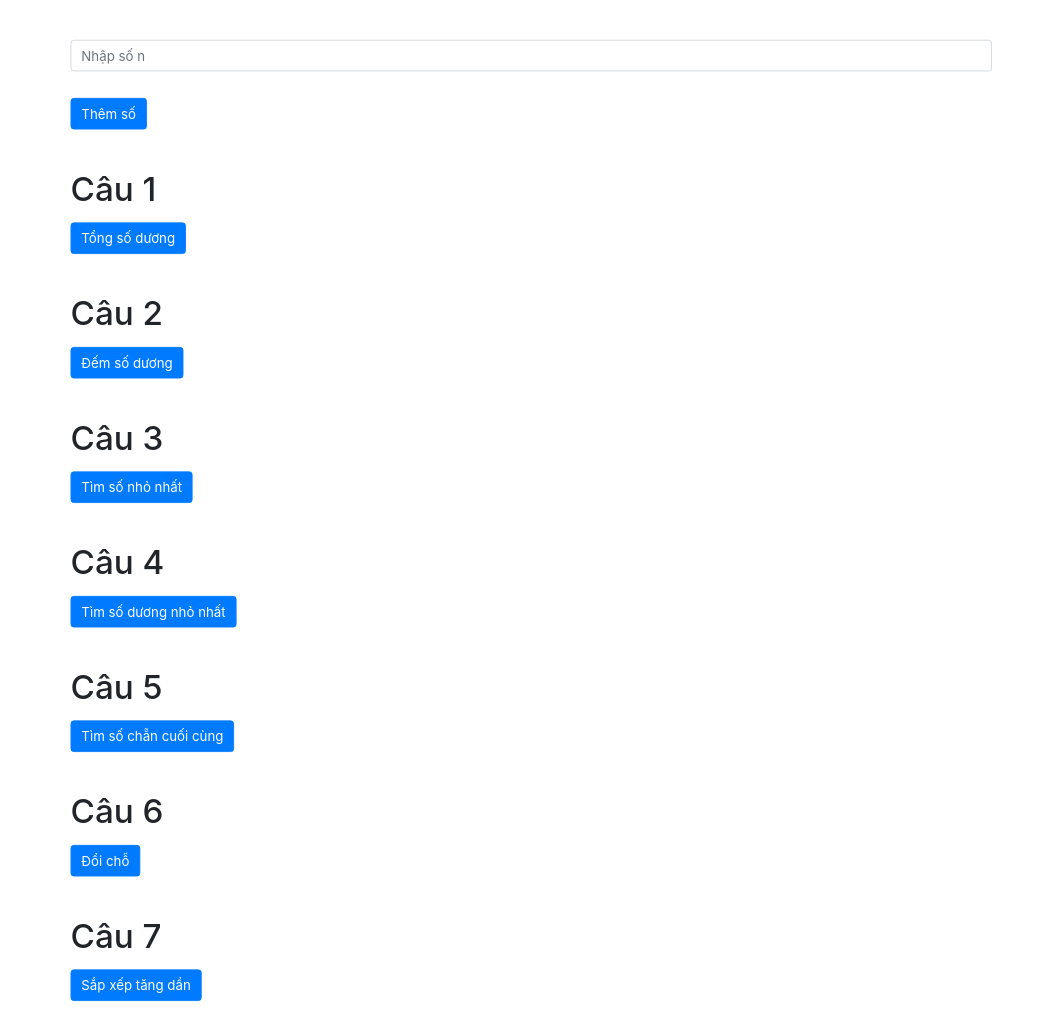
Repository: thanhfrankie/BC10-LeMinhThanh-Js-b7-8
Page: index.html
The author's editor kept a copy of each file at every save. The page is drawn from the files as they stood at one save, then again after the next save.
The browser window is 1280 px wide. The pictures show the whole page, at 83% of full size.

Above is the page before, as saved 2023-12-27 23:03:56.

### index.html
<!doctype html>
<html lang="en">
  <head>
    <title>Title</title>
    <!-- Required meta tags -->
    <meta charset="utf-8">
    <meta name="viewport" content="width=device-width, initial-scale=1, shrink-to-fit=no">

    <!-- Bootstrap CSS -->
    <link rel="stylesheet" href="https://cdn.jsdelivr.net/npm/bootstrap@4.6.2/dist/css/bootstrap.min.css" integrity="sha384-xOolHFLEh07PJGoPkLv1IbcEPTNtaed2xpHsD9ESMhqIYd0nLMwNLD69Npy4HI+N" crossorigin="anonymous">

  </head>
  <body>
    <div class="container mt-4">
        <div class="form-group">
            <label for="nhap-so-n"></label>
            <input
              type="number"
              class="form-control"
              name=""
              id="nhap-so-n"
              aria-describedby="helpId"
              placeholder="Nhập số n"
              required
            />
          </div>
        <button
        type="button"
        onclick="themSo()"
        class="btn btn-primary mt-3"
        id="ket-qua-tuyen-sinh"
      >
        Thêm số
      </button>
      <!-- Câu 1 -->
      <h1 class="mt-5">Câu 1</h1>
        <p class="mt-3">
            <button class="btn btn-primary" type="button" data-toggle="collapse" data-target="#cau1" aria-expanded="false"
                    aria-controls="contentId">
                Tổng số dương
            </button>
          </p>
          <div class="collapse" id="cau1">

            <div class="btn btn-danger" onclick="tinhTong()">Tính tổng</div>
            <h2 id="tong-so-duong"></h2>
          </div>
          <!-- Câu 2 -->
          <h1 class="mt-5">Câu 2</h1>
          <p class="mt-3">
              <button class="btn btn-primary" type="button" data-toggle="collapse" data-target="#cau2" aria-expanded="false"
                      aria-controls="contentId">
                  Đếm số dương
              </button>
            </p>
            <div class="collapse" id="cau2">

              <div class="btn btn-danger" onclick="demSoDuong()">Đếm số</div>
              <h2 id="dem-so-duong"></h2>
            </div>
        <!-- Câu 3 -->
        <h1 class="mt-5">Câu 3</h1>
        <p class="mt-3">
            <button class="btn btn-primary" type="button" data-toggle="collapse" data-target="#cau3" aria-expanded="false"
                    aria-controls="contentId">
                Tìm số nhỏ nhất
            </button>
          </p>
          <div class="collapse" id="cau3">

            <div class="btn btn-danger" onclick="soNhoNhat()">Tìm số nhỏ nhất</div>
            <h2 id="so-nho-nhat"></h2>
          </div>
          <!-- Câu 4 -->
          <h1 class="mt-5">Câu 4</h1>
        <p class="mt-3">
            <button class="btn btn-primary" type="button" data-toggle="collapse" data-target="#cau4" aria-expanded="false"
                    aria-controls="contentId">
                Tìm số dương nhỏ nhất
            </button>
          </p>
          <div class="collapse" id="cau4">

            <div class="btn btn-danger" onclick="soDuongNhoNhat()">Tìm số dương nhỏ nhất</div>
            <h2 id="so-duong-nho-nhat"></h2>
          </div>
             <!-- Câu 5 -->
             <h1 class="mt-5">Câu 5</h1>
             <p class="mt-3">
                 <button class="btn btn-primary" type="button" data-toggle="collapse" data-target="#cau5" aria-expanded="false"
                         aria-controls="contentId">
                         Tìm số chẵn cuối cùng
                 </button>
               </p>
               <div class="collapse" id="cau5">

                 <div class="btn btn-danger" onclick="soChanCuoiCung()">Tìm số chẵn cuối cùng</div>
                 <h2 id="so-chan-cuoi-cung"></h2>
               </div>
             <!-- Câu 6 -->
             <h1 class="mt-5">Câu 6</h1>
             <p class="mt-3">
                 <button class="btn btn-primary" type="button" data-toggle="collapse" data-target="#cau6" aria-expanded="false"
                         aria-controls="contentId">
                         Đổi chỗ
                 </button>
               </p>
               <div class="collapse" id="cau6">
                <div class="form-group">
                    <label for="so-vi-tri-1"></label>
                    <input
                      type="number"
                      class="form-control"
                      name=""
                      id="so-vi-tri-1"
                      aria-describedby="helpId"
                      placeholder="Nhập số vị trí 1"
                      required
                    />
                    <label for="so-vi-tri-2"></label>
                    <input
                      type="number"
                      class="form-control"
                      name=""
                      id="so-vi-tri-2"
                      aria-describedby="helpId"
                      placeholder="Nhập số vị trí 2"
                      required
                    />
                  </div>
                 <div class="btn btn-danger" onclick="doiCho()">Đổi chỗ</div>
                 <h2 id="ket-qua-doi-cho"></h2>
               </div>


      <!-- Câu 7 -->
      <h1 class="mt-5">Câu 7</h1>
      <p class="mt-3">
          <button class="btn btn-primary" type="button" data-toggle="collapse" data-target="#cau7" aria-expanded="false"
                  aria-controls="contentId">
                  Sắp xếp tăng dần
                </button>
                </p>
        <div class="collapse" id="cau7">

          <div class="btn btn-danger" onclick="sapXepTangDan()"> Sắp xếp</div>
          <h2 id="sap-xep-tang-dan"></h2>
        </div>





     </div>





    <!-- Optional JavaScript -->
    <!-- jQuery first, then Popper.js, then Bootstrap JS -->
    <script src="https://cdn.jsdelivr.net/npm/jquery@3.5.1/dist/jquery.slim.min.js" integrity="sha384-DfXdz2htPH0lsSSs5nCTpuj/zy4C+OGpamoFVy38MVBnE+IbbVYUew+OrCXaRkfj" crossorigin="anonymous"></script>
    <script src="https://cdn.jsdelivr.net/npm/popper.js@1.16.1/dist/umd/popper.min.js" integrity="sha384-9/reFTGAW83EW2RDu2S0VKaIzap3H66lZH81PoYlFhbGU+6BZp6G7niu735Sk7lN" crossorigin="anonymous"></script>
    <script src="https://cdn.jsdelivr.net/npm/bootstrap@4.6.2/dist/js/bootstrap.min.js" integrity="sha384-+sLIOodYLS7CIrQpBjl+C7nPvqq+FbNUBDunl/OZv93DB7Ln/533i8e/mZXLi/P+" crossorigin="anonymous"></script>

    <script src="./index.js"></script>
  </body>
</html>

### index.js
var daySo = []
function clearInput() {
document.getElementById("nhap-so-n").value =""

}
function themSo() {
    var soThemVao = document.getElementById("nhap-so-n").value *1
    daySo.push(soThemVao)
    console.log("🥶 - daySo:", daySo)
    clearInput()
}

// câu 1: Tổng số dương
function tinhTong() {
    var tongCacSoDuong = 0
    for (let i = 0; i < daySo.length; i++) {
        if (daySo[i] > 0) {
            tongCacSoDuong = tongCacSoDuong + daySo[i]
        }
    }
    var ketqua = document.getElementById("tong-so-duong")
    ketqua.innerHTML = `Tổng số dương: ${tongCacSoDuong}`
}
// Câu 2: Đếm số dương trong mảng
function demSoDuong() {
   var soSoDuong = 0
    for (let i = 0; i < daySo.length; i++) {
        if (daySo[i] > 0) {
            soSoDuong++
        }
    }
    var ketqua = document.getElementById("dem-so-duong")
    ketqua.innerHTML = `Số dương: ${soSoDuong}`
}
// Câu 3: Tìm số nhỏ nhất
function soNhoNhat() {
   var soNhoNhat = daySo[0]
    for (let i = 0; i < daySo.length; i++) {
        if (soNhoNhat > daySo[i]) {
            soNhoNhat = daySo[i]
        }
    }
    var ketqua = document.getElementById("so-nho-nhat")
    ketqua.innerHTML = `Số nhỏ nhất: ${soNhoNhat}`
}
// Câu 4: Tìm số dương nhỏ nhất
function soDuongNhoNhat() {
    var daySoDuong = []
    var soDuongNhoNhat = daySoDuong[0]

     for (let i = 0; i < daySo.length; i++) {
         if (daySo[i] > 0) {
            daySoDuong.push(daySo[i])
         }
    }
    var soDuongNhoNhat = daySoDuong[0]
    for (let j = 0; j < daySoDuong.length; j++) {
        if (soDuongNhoNhat > daySoDuong[j]) {
            soDuongNhoNhat = daySoDuong[j]
        }
    }
    var ketqua = document.getElementById("so-duong-nho-nhat")

    if (daySoDuong !== null) {
        ketqua.innerHTML = `Không có số dương nào trong mảng`
    } else {
        ketqua.innerHTML = `Số dương nhỏ nhất: ${soDuongNhoNhat}`
    }
}
// Câu 5: Tìm số chẵn cuối cùng
function soChanCuoiCung() {
    var soChanCuoiCung = 0
    for (let i = 0; i < daySo.length; i++) {
        if (daySo[i] % 2==0) {
            soChanCuoiCung = daySo[i]
        }
    }
    var ketqua = document.getElementById("so-chan-cuoi-cung")
    ketqua.innerHTML = `Tổng số dương: ${soChanCuoiCung}`
}
// Câu 6: Đổi chỗ
function doiCho() {
    var viTriSo1 = document.getElementById("so-vi-tri-1").value *1
    var viTriSo2 = document.getElementById("so-vi-tri-2").value * 1
    var bienTam = 0
    bienTam = daySo[viTriSo2]
    daySo[viTriSo2] =  daySo[viTriSo1]
    daySo[viTriSo1] = bienTam

    var ketqua = document.getElementById("ket-qua-doi-cho")
    ketqua.innerHTML = `Mảng sau khi đổi: ${daySo}`
}

// Câu 7: Sắp xếp tăng dần
function sapXepTangDan() {

    daySo.sort()

    var ketqua = document.getElementById("sap-xep-tang-dan")
    ketqua.innerHTML = `Mảng sau khi đổi: ${daySo}`
}
// Câu 8: Tìm số nguyên tố đầu tiên

After the next save:
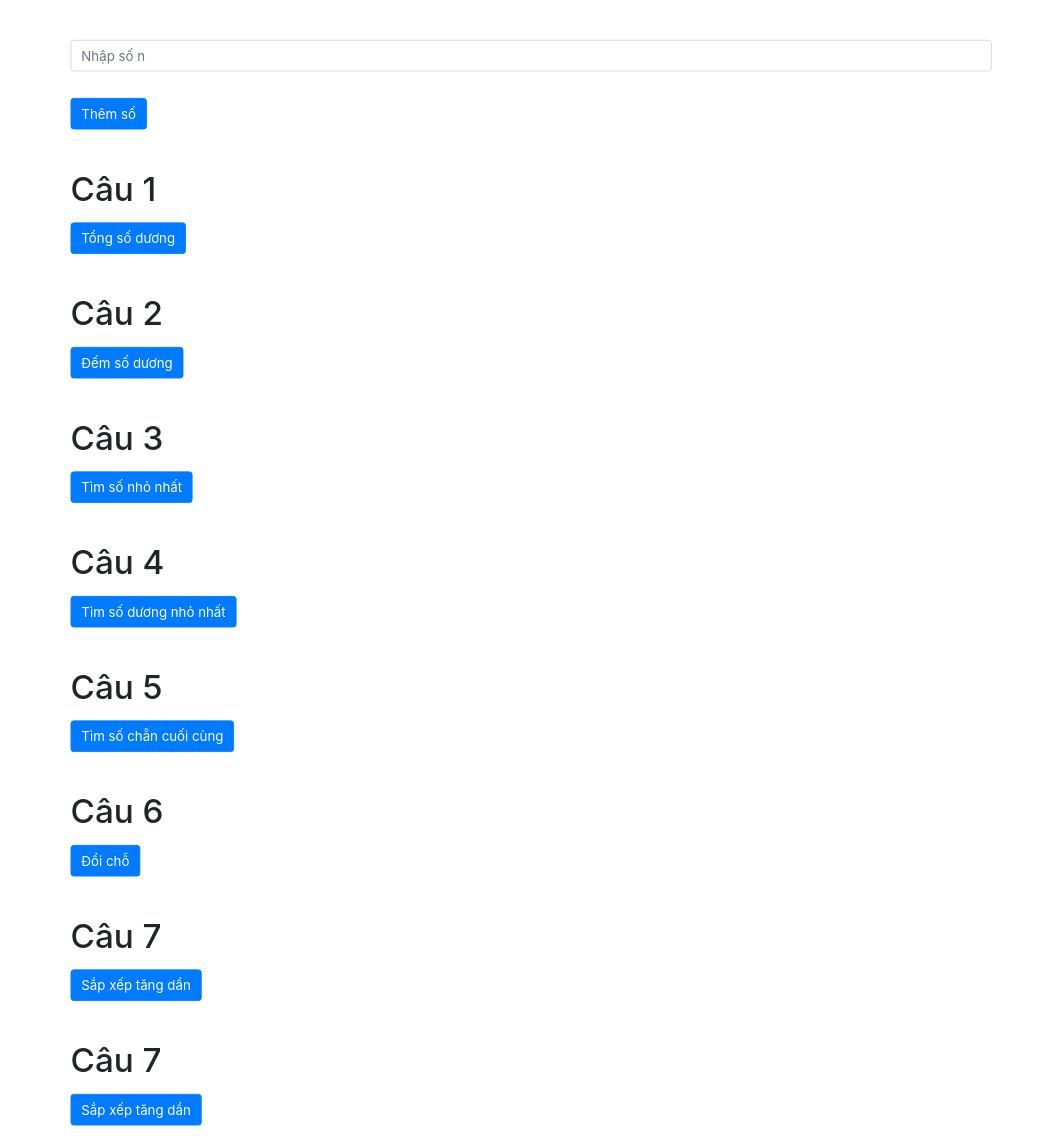
Saved 7 s later.
--- a/index.html
+++ b/index.html
@@ -148,6 +148,19 @@
         </div>
 
 
+      <!-- Câu 7 -->
+      <h1 class="mt-5">Câu 7</h1>
+      <p class="mt-3">
+          <button class="btn btn-primary" type="button" data-toggle="collapse" data-target="#cau7" aria-expanded="false"
+                  aria-controls="contentId">
+                  Sắp xếp tăng dần
+                </button>
+                </p>
+        <div class="collapse" id="cau7">
+
+          <div class="btn btn-danger" onclick="sapXepTangDan()"> Sắp xếp</div>
+          <h2 id="sap-xep-tang-dan"></h2>
+        </div>
 
 
 
